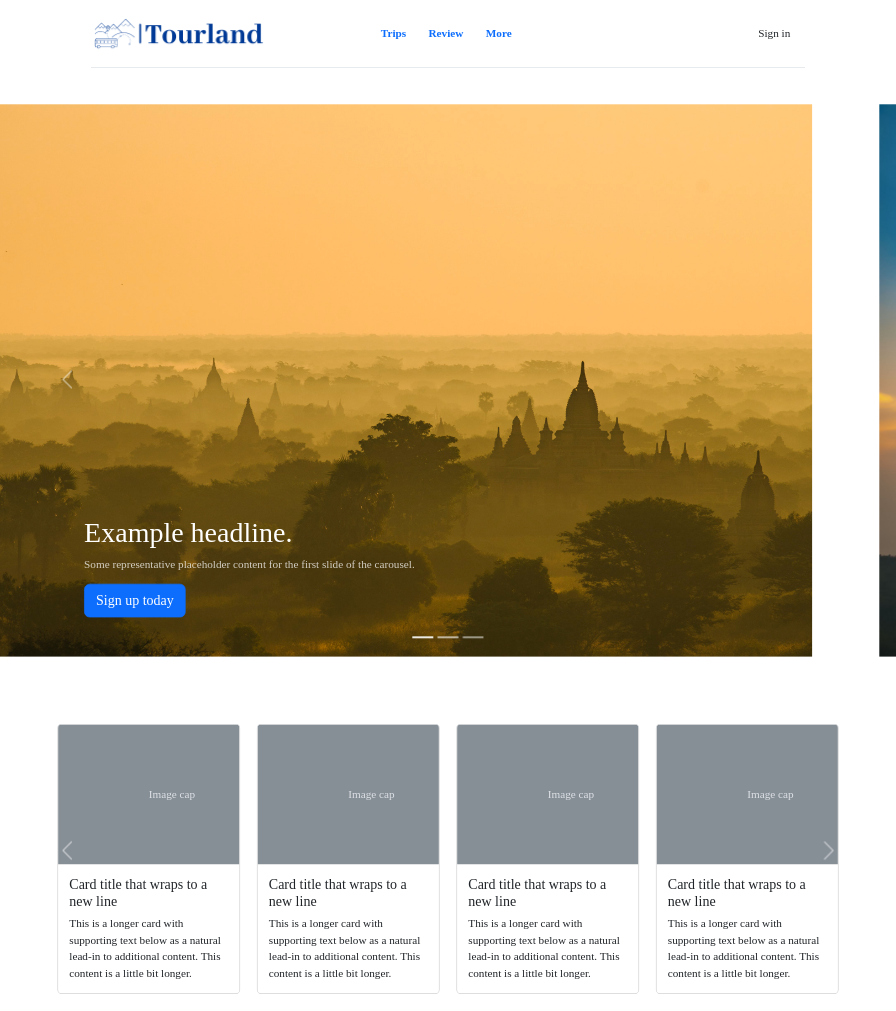
Repository: nyeinsu4520/tourland
Page: http://localhost/index
An editor plug-in stored every save of this project. The page is shown before and after the next save, followed by the edit.
The browser window is 1280 px wide. The pictures show the whole page, at 70% of full size.
Some web fonts or font styles are not loaded; a fallback is used. The page is this project's Thymeleaf template; nobody is signed in. The template is opened directly, without the code that normally fills it, so the values that code supplies are empty.

Above is the page before, as saved 2024-05-31 17:20:50.

After the next save:
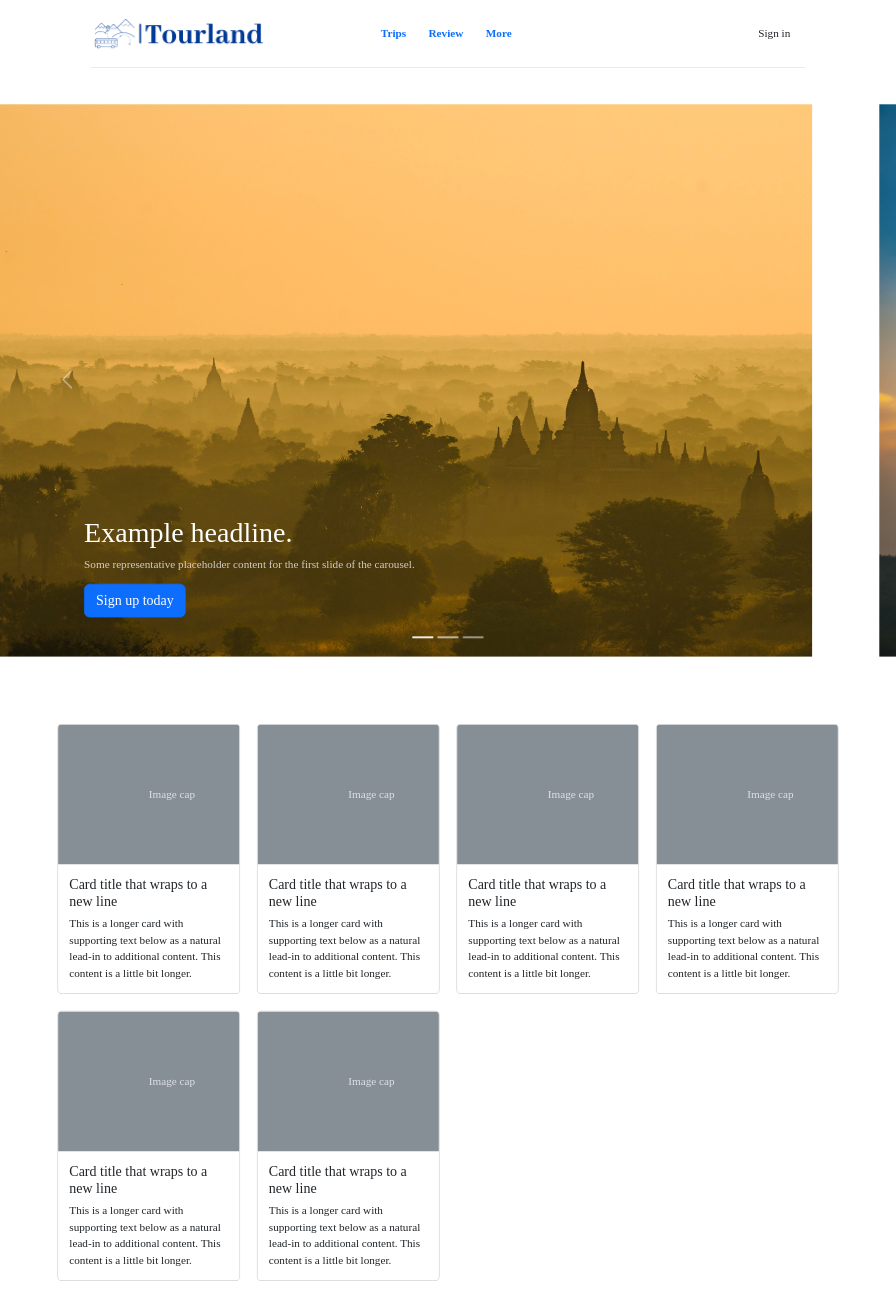
Saved 22 s later.
--- a/Tourland/src/main/resources/templates/index.html
+++ b/Tourland/src/main/resources/templates/index.html
@@ -167,6 +167,24 @@
                             </div>
                         </div>
                     </div>
+                    <div class="col-sm-6 col-md-4 col-lg-3 mb-4">
+                        <div class="card">
+                            <svg class="bd-placeholder-img card-img-top" width="100%" height="200" xmlns="http://www.w3.org/2000/svg" role="img" aria-label="Placeholder: Image cap" preserveAspectRatio="xMidYMid slice" focusable="false"><title>Placeholder</title><rect width="100%" height="100%" fill="#868e96"/><text x="50%" y="50%" fill="#dee2e6" dy=".3em">Image cap</text></svg>
+                            <div class="card-body">
+                                <h5 class="card-title">Card title that wraps to a new line</h5>
+                                <p class="card-text">This is a longer card with supporting text below as a natural lead-in to additional content. This content is a little bit longer.</p>
+                            </div>
+                        </div>
+                    </div>
+                    <div class="col-sm-6 col-md-4 col-lg-3 mb-4">
+                        <div class="card">
+                            <svg class="bd-placeholder-img card-img-top" width="100%" height="200" xmlns="http://www.w3.org/2000/svg" role="img" aria-label="Placeholder: Image cap" preserveAspectRatio="xMidYMid slice" focusable="false"><title>Placeholder</title><rect width="100%" height="100%" fill="#868e96"/><text x="50%" y="50%" fill="#dee2e6" dy=".3em">Image cap</text></svg>
+                            <div class="card-body">
+                                <h5 class="card-title">Card title that wraps to a new line</h5>
+                                <p class="card-text">This is a longer card with supporting text below as a natural lead-in to additional content. This content is a little bit longer.</p>
+                            </div>
+                        </div>
+                    </div>
                 </div>
             </div>
         </div>
